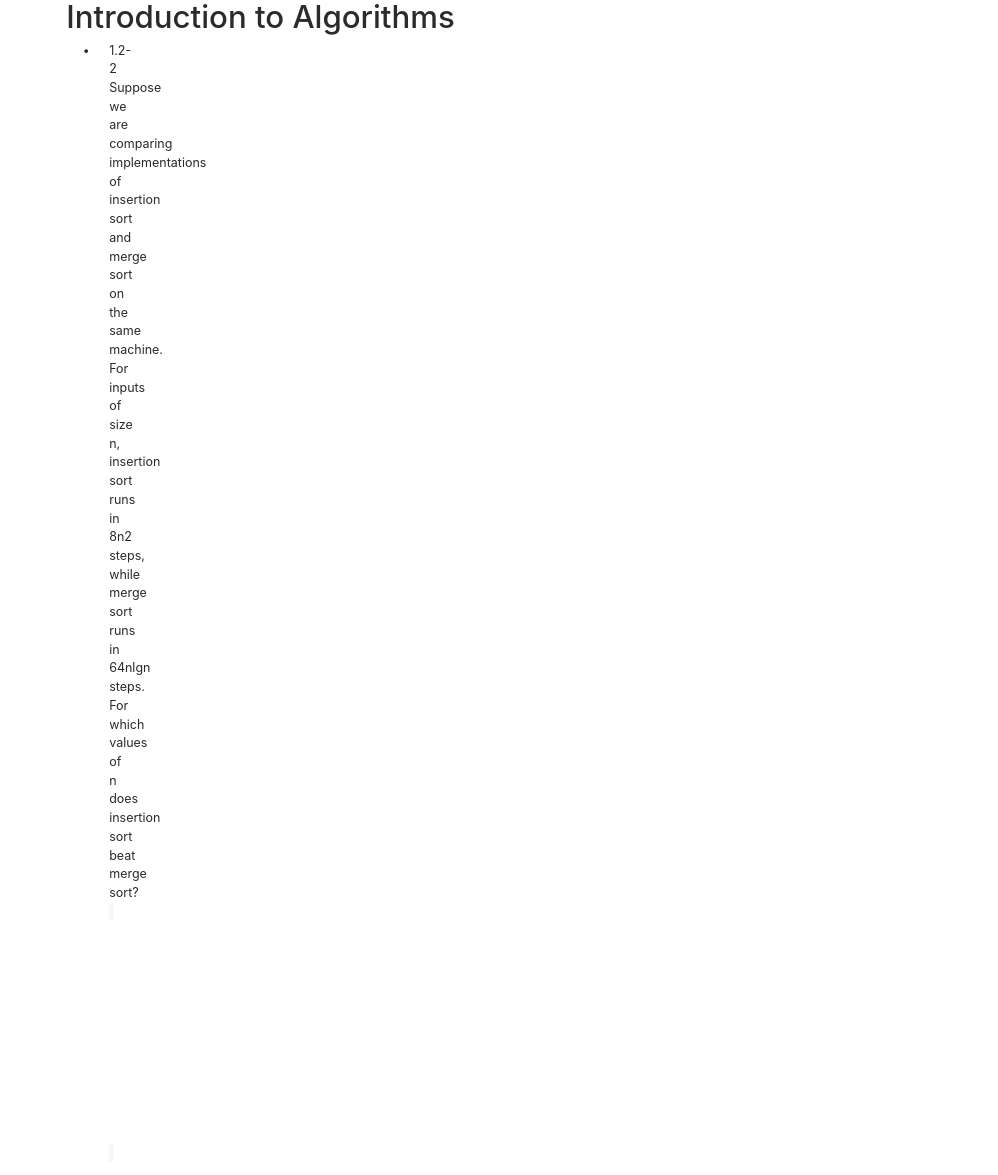
Repository: baltejas/algorithms
Page: algorithms/src/main/webapp/WEB-INF/views/index.html
The author's editor kept a copy of each file at every save. The page is drawn from the files as they stood at one save, then again after the next save.
The browser window is 1280 px wide. The pictures show the whole page, at 78% of full size.

Above is the page before, as saved 2017-05-06 18:21:05.

After the next save:
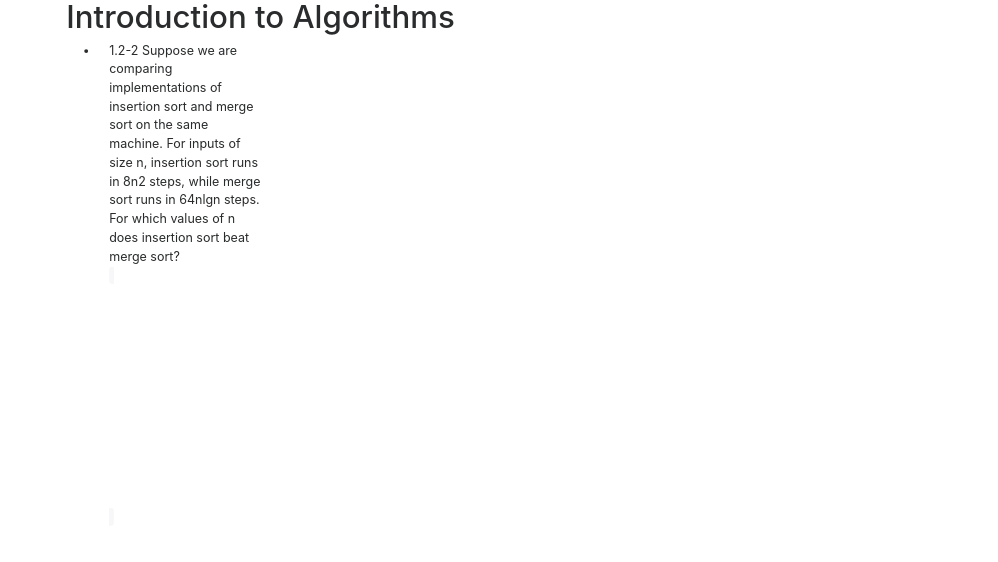
Saved 7 s later.
--- a/algorithms/src/main/webapp/WEB-INF/views/index.html
+++ b/algorithms/src/main/webapp/WEB-INF/views/index.html
@@ -8,7 +8,7 @@
 			<div class="row">
 				<div class="col-md-8">
 					<ul>
-						<li class="col-sm-1">1.2-2 Suppose we are comparing implementations of insertion sort and merge sort on the same machine.
+						<li class="col-sm-4">1.2-2 Suppose we are comparing implementations of insertion sort and merge sort on the same machine.
 							For inputs of size n, insertion sort runs in 8n2 steps, while merge sort runs in 64nlgn steps.
 							For which values of n does insertion sort beat merge sort?<br>
 							<code>
